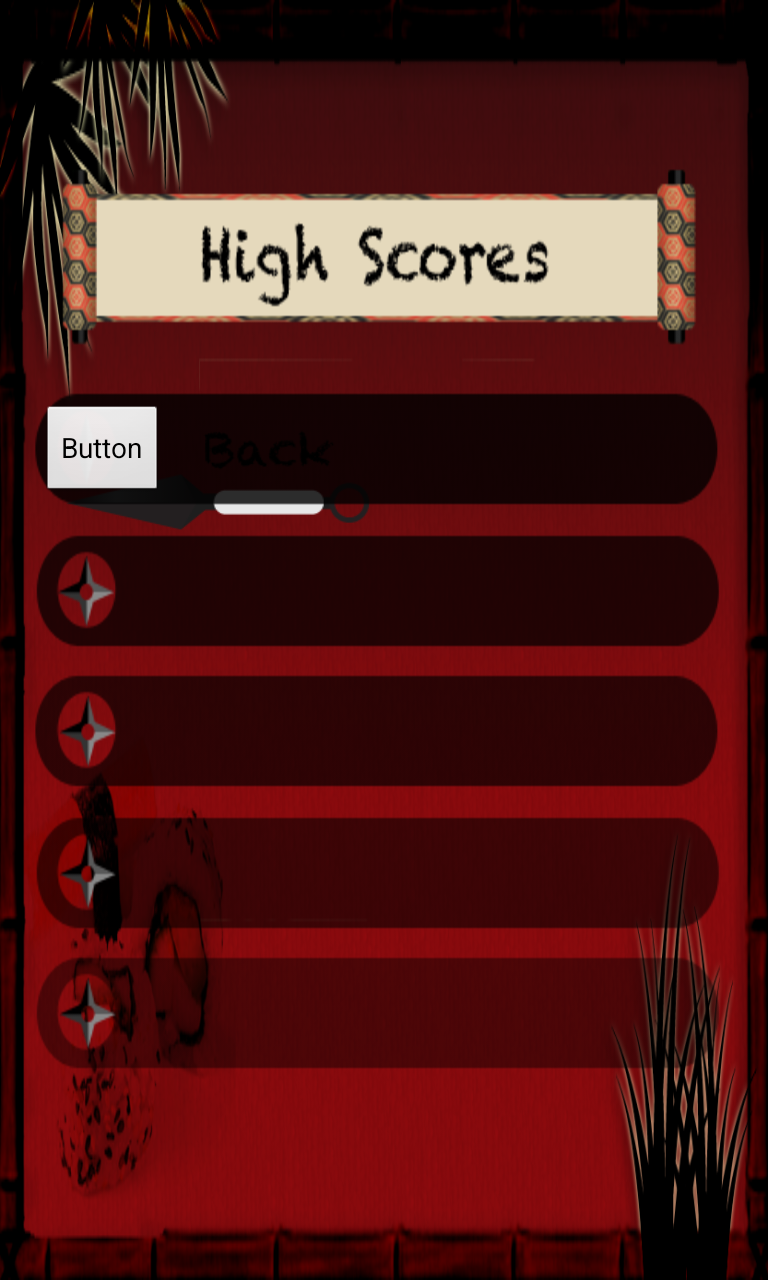
Repository: Kreispy/Sushi-Samurai
Layout: SushiNinja/res/layout/leaderboard.xml
These files come from the project's save history. The layout is drawn as it stood at one moment and after the next save; the edit follows.
It is drawn on a 768 x 1280 px phone screen (xhdpi) without system bars, with theme android:Theme.Black.NoTitleBar.Fullscreen; the app's code is not run.

Above is the layout before, as saved 2013-04-25 08:14:14.

### SushiNinja/res/layout/leaderboard.xml
<?xml version="1.0" encoding="utf-8"?>
<RelativeLayout xmlns:android="http://schemas.android.com/apk/res/android"
    android:layout_width="fill_parent"
    android:layout_height="fill_parent"
    android:background="@drawable/background_red" >

    <Button
        android:id="@+id/back"
        android:layout_width="wrap_content"
        android:layout_height="wrap_content"
        android:layout_alignParentLeft="true"
        android:layout_alignParentTop="true"
        android:layout_marginLeft="20dp"
        android:layout_marginTop="202dp"
        android:background = "@drawable/backbutton"
        />

    <TextView
        android:id="@+id/scoreboard"
        android:layout_width="500dp"
        android:layout_height="500dp"
        android:layout_centerHorizontal="true"
        android:layout_centerVertical="true"
        android:layout_marginTop="35dp"
        android:background="@drawable/leaderboard"
        android:gravity="center"
        android:lineSpacingExtra ="40dp"
        android:textSize="@dimen/text25"
        android:typeface="sans" />

    <Button
        android:id="@+id/stats"
         android:layout_width="wrap_content"
        android:layout_height="wrap_content"
        android:layout_alignParentLeft="true"
        android:layout_alignParentTop="true"
        android:layout_marginLeft="20dp"
        android:layout_marginTop="202dp"
        android:text="Button" />

    </RelativeLayout>

### SushiNinja/res/drawable-hdpi/backbutton.xml
<?xml version="1.0" encoding="utf-8"?>
<selector xmlns:android="http://schemas.android.com/apk/res/android" >
       <item android:drawable="@drawable/back_button_focused"
          android:state_pressed="true" />
    <item android:drawable="@drawable/back_button_focused"
          android:state_focused="true" />
    <item android:drawable="@drawable/back_button_normal" />

</selector>

### SushiNinja/res/values/dimens.xml
<?xml version="1.0" encoding="utf-8"?>
<resources>
    <dimen name="textSize">15dp</dimen>
    <dimen name="text25">25dp</dimen>
    <dimen name="text20">20dp</dimen>
    <dimen name="width75">75dp</dimen>
    <dimen name="width120">120dp</dimen>
    <dimen name="text35">35dp</dimen>
    <dimen name="text15">15dp</dimen>
</resources>

After the next save:
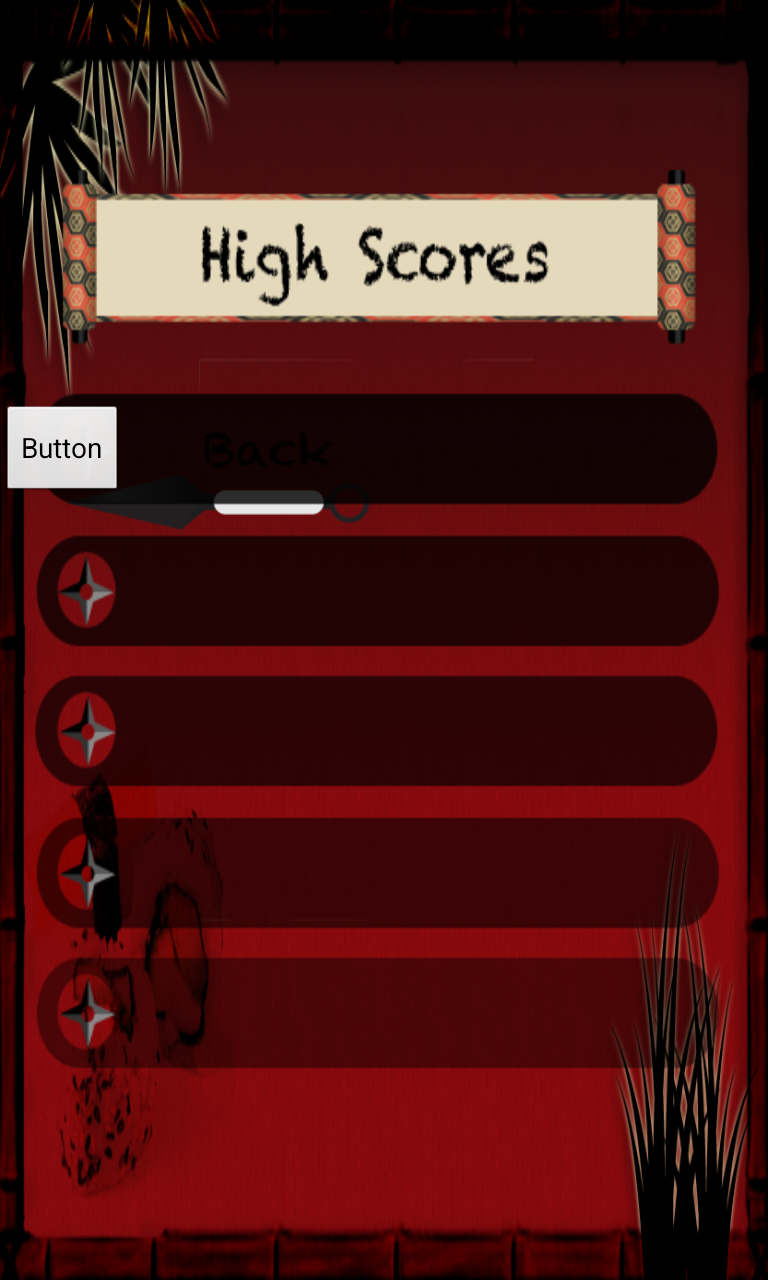
Saved 4 s later.
--- a/SushiNinja/res/layout/leaderboard.xml
+++ b/SushiNinja/res/layout/leaderboard.xml
@@ -34,7 +34,7 @@
         android:layout_height="wrap_content"
         android:layout_alignParentLeft="true"
         android:layout_alignParentTop="true"
-        android:layout_marginLeft="20dp"
+        android:layout_marginRight="20dp"
         android:layout_marginTop="202dp"
         android:text="Button" />
 
